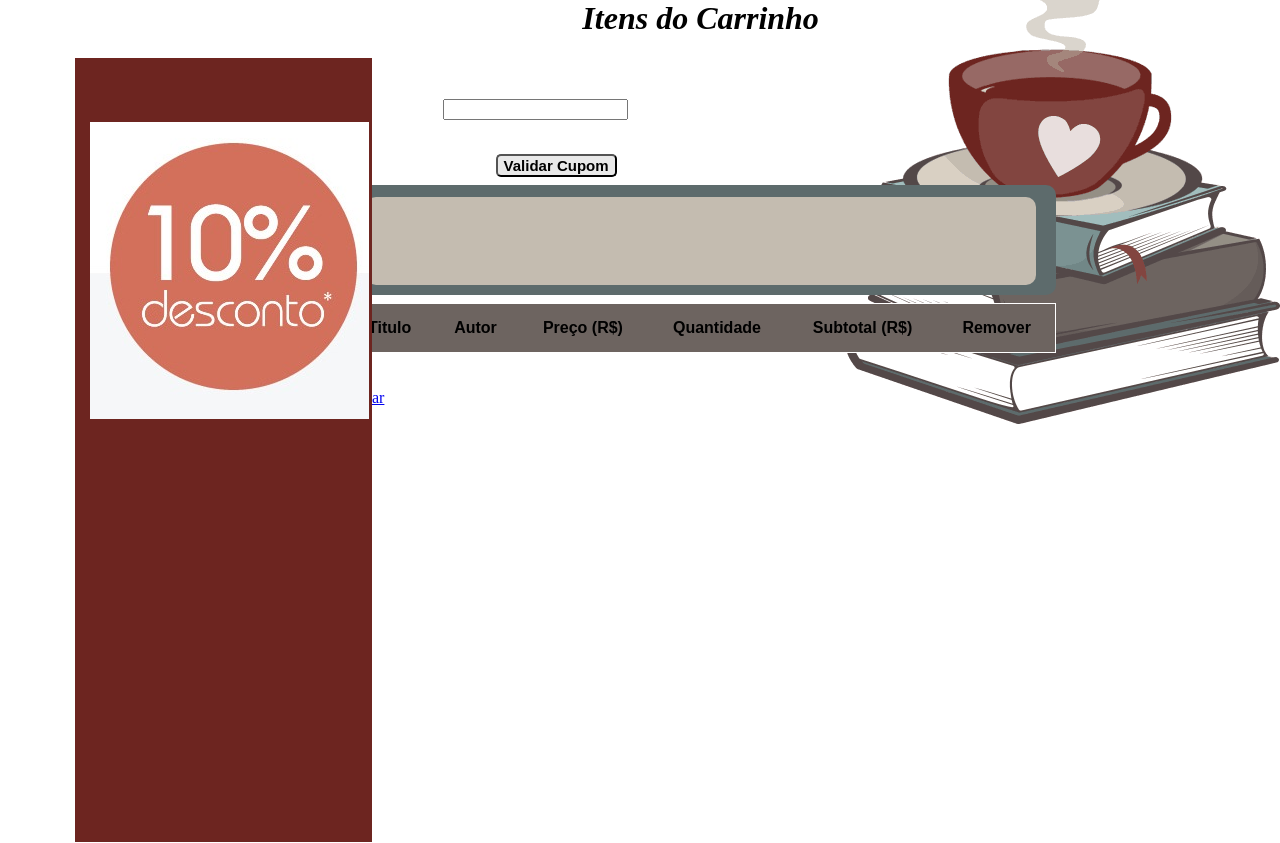
Repository: gabriellacrystina/ProjetoTegra
Page: http://localhost/book-store/meuCarrinho.jsp
These files come from the project's save history. The page is drawn as it stood at one moment and after the next save; the edit follows.
The browser window is 1280 px wide. The pictures show the whole page.
The page is served by Tomcat 9. Nobody is signed in. The application's start-up code is not run. Other server files are loaded and not shown. The template is opened directly, without the code that normally fills it, so the values that code supplies are empty.

Above is the page before, as saved 2016-07-07 20:03:08.

### book-store/WebContent/meuCarrinho.jsp
<%@ page language="java" contentType="text/html; charset=ISO-8859-1"
    pageEncoding="ISO-8859-1"%>
<%@ page import="model.Item" %>
<%@ page import="java.util.ArrayList" %>
<%@ taglib uri="http://java.sun.com/jsp/jstl/core" prefix="c" %>

<!DOCTYPE html PUBLIC "-//W3C//DTD HTML 4.01 Transitional//EN" "http://www.w3.org/TR/html4/loose.dtd">
<html>
	<head>
		<meta http-equiv="Content-Type" content="text/html; charset=ISO-8859-1">
		<link rel="stylesheet" type="text/css" href="book-store-style.css">
		<title>Carrinho</title>
	</head>
	<body>
			<h1>Itens do Carrinho</h1>

			<section class="cupom">
				<figure class="desconto">
					<img alt="15px" src="desconto.jpg" />
				</figure>
				<h3>Possui cumpom de desconto?</h3>
				<p>Informe aqui: <input type="text" maxlength="15"></p>
				<br>
				<button class="btn" type="submit">Validar Cupom</button>
			</section>

			<div class="my-cart">
				<div class="carrinho">

				</div>
			</div>
			<table id="tbl-books">
			  <tr>
			    <th>Titulo</th>
			    <th>Autor</th>
			    <th>Preço (R$)</th>
			    <th>Quantidade</th>
			    <th>Subtotal (R$)</th>
			    <th>Remover</th>
			  </tr>
		  		<c:forEach var="item" items="${listaItens}">
		  			<tr class="livros">
						<td class="nome-livro">${item.getProduto().getTitulo()}</td>
						<td class="nome-autor">${item.getProduto().getAutor()}</td>
						<td class="preco">${item.getProduto().getPreco()}</td>
						<td class="quantidade">${item.getQuantidade()}</td>
						<td class="subtotal">${item.getSubtotal()}</td>
						<td>
							<form action="MeuCarrinho" method="post">
								<input type="hidden" name="id-livro" value="${item.getProduto().getId()}"/>
								<button class="btn btn-comprar" type="submit">Remover</button>
							</form>
						</td>
					</tr>
		  		</c:forEach>
			</table>
			<br>

			<br><a href="index.jsp">Voltar</a>
	</body>
</html>

### book-store/WebContent/book-store-style.css
@CHARSET "ISO-8859-1";

body {
	background-image: url("img/back.png");
	background-repeat: no-repeat;
	background-position: right top;
	background-attachment: initial;
    width: 710px;
    margin-top: 0px;
    margin-left: 27%;
	margin-right: auto;
}

h1 {
	font-style: oblique;
	text-align: center;
    color: #000000;
    margin-top: 0px;
    font-family: cursive;
}

h2{
	text-align: center;
	font-family: cursive;
    font-size: -webkit-xxx-large;
    color: #5D6B6C;
}

h5{
	color: #000000;
	font-size: x-large;
}

h4{
	color: #1b1919;
	text-align: center;
    font-size: x-large;
    font-family: cursive;

}

#tbl-books {
	width: 100%;
	font-family: "Arial", "Helvetica", sans-serif;
	border: 1px solid #ffffff;
    border-collapse: collapse;
}

#tbl-books tr:nth-child(even){
	background-color: #FFFFFF
}

#tbl-books tr:nth-child(odd){
	background-color: #6D6460;
}

th, td {
    padding: 15px;
    text-align: center;
}


.nome-livro{
	text-align: left;
}

.my-cart{
	width: 100%;
	height: 110px;
	border-radius: 10px;
    padding: 12px 20px;
    margin: 8px 0;
    box-sizing: border-box;
	background-color: #5D6B6C;
	margin-left: auto;
	margin-right: auto;
}
.cart{
	float: right;
	background-color: #c4bcb0;
	border-radius: 10px;
	padding-left: 10px;
	padding-bottom: 5px;
	margin-left: auto;
	margin-right: auto;
}

.carrinho{
	background-color: #c4bcb0;
	height: 90%;
	text-align: left;
	border-radius: 10px;
	padding-top: 10px;
	padding-left: 10px;
	padding-right: 10px;
	font: small-caption;
    font-weight: 700;
}

#lbl-meu-carrinho{
	font-size: 20px;
	font-weight: bold;
}

.btn {
	font-family: "Arial", "Helvetica", sans-serif;
	border-radius: 5px;
	font-size: 15px;
	font-weight: bold;
	margin-left: 150px;
	margin-right: 5px;
	background-color: #e9e9e9;
}

.btn-comprar{
	margin-left: 10%;
}

.btn-validarCumpom{
	margin-left: 60%;
}

.btn-concluirCompra{
	float: right;
	margin-top: -10px;
	margin-left: 70%;
}
.it-carrinho{
	margin-right: 150px;
}

.img-desconto{
	background-image: url("img/desconto.jpg");
	width: 10%;
	top:5px;
	left:20px;
	position:absolute;
}

#img-descricao{
	color: #ffffff;
	font-size: 10px;
}

h3, p{
	color: #ffffff;
	font-family: "Arial", "Helvetica", serif;
}

.desconto{
	margin-top: 0px;
	background-color: #6D2520;
	width: 22%;
	height: 100%;
	left:35px;
	text-align: left;
	padding-top: 5%;
	padding-left: 15px;
	position:absolute;
}

#img-desconto{
	padding-top: 20%;
	width: 100%;

}
.titulo-livro{
	font-size: larger;
}

After the next save:
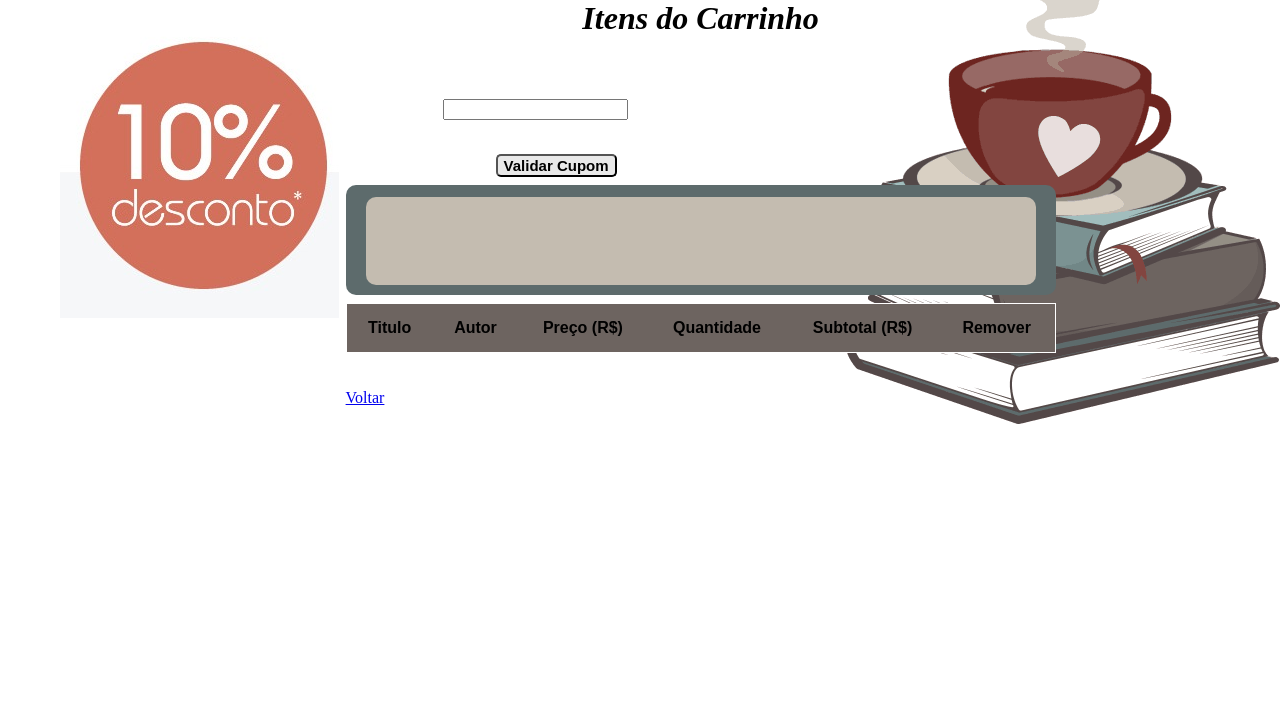
Saved 7 min 54 s later.
--- a/book-store/WebContent/meuCarrinho.jsp
+++ b/book-store/WebContent/meuCarrinho.jsp
@@ -15,7 +15,7 @@
 			<h1>Itens do Carrinho</h1>
 
 			<section class="cupom">
-				<figure class="desconto">
+				<figure class="img-desconto">
 					<img alt="15px" src="desconto.jpg" />
 				</figure>
 				<h3>Possui cumpom de desconto?</h3>
